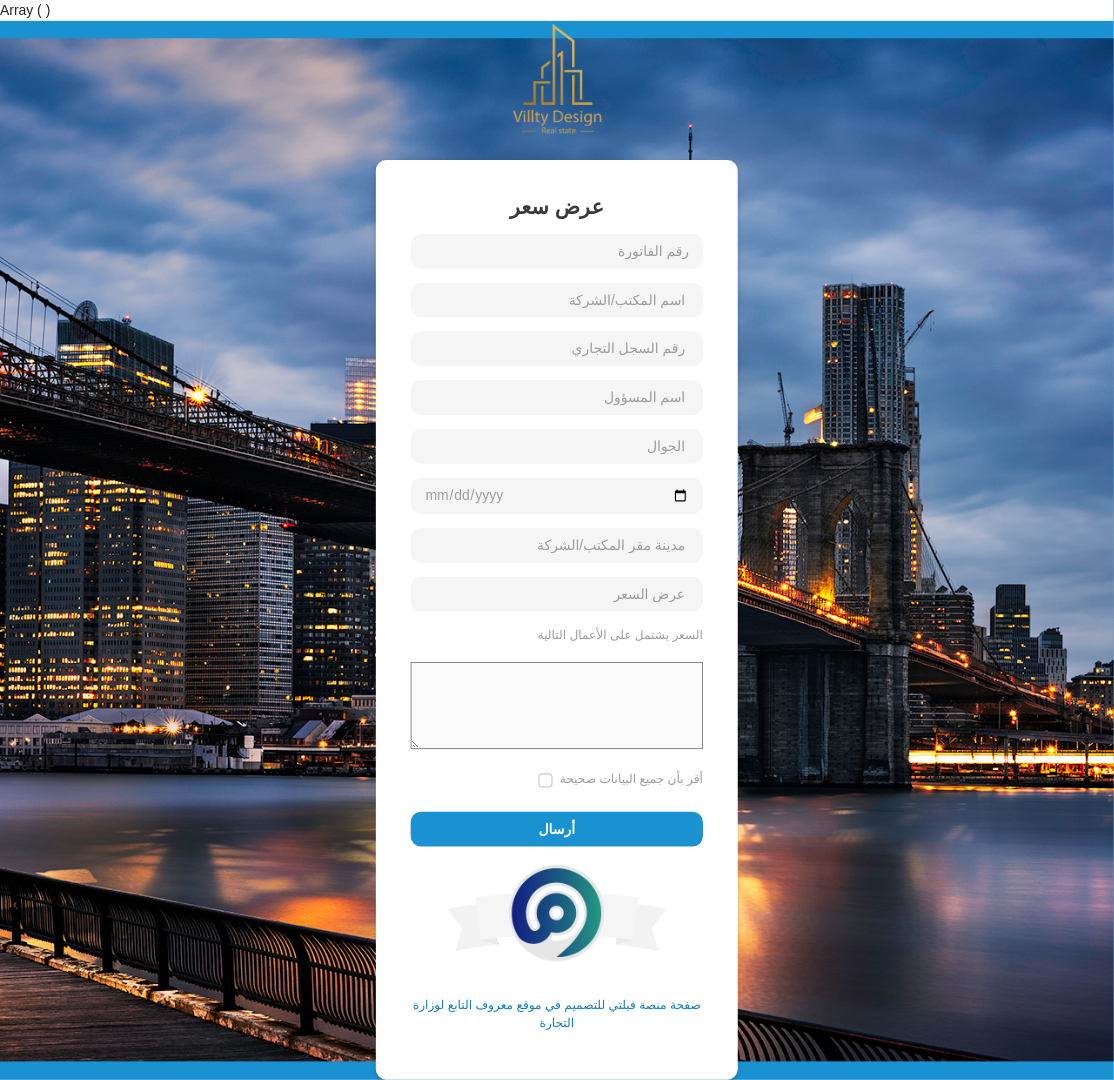
Repository: freejob985/shohragroup_form
Page: http://localhost/
An editor plug-in stored every save of this project. The page is shown before and after a run of saves, followed by the edit.
The browser window is 1280 px wide. The pictures show the whole page, at 87% of full size.
Some web fonts or font styles are not loaded; a fallback is used. The page is run by PHP 8.4 with error messages shown; the project is at /var/www/html/.

Above is the page before, as saved 2020-11-21 13:47:59.

### index.php

<?php
//echo"<pre>";
print_r($_POST);
if (isset($_POST['sub'])):
    if ($_POST['sub']):
        $Bill = filter_var($_POST['Bill'], FILTER_SANITIZE_STRING);
        $Office = filter_var($_POST['Office'], FILTER_SANITIZE_STRING);
        $Registry = filter_var($_POST['Registry'], FILTER_SANITIZE_STRING);
        $Administrator = filter_var($_POST['Administrator'], FILTER_SANITIZE_STRING);
        $mobile = filter_var($_POST['mobile'], FILTER_SANITIZE_STRING);
        $Date = filter_var($_POST['Date'], FILTER_SANITIZE_STRING);
        $Company = filter_var($_POST['Company'], FILTER_SANITIZE_STRING);
        $price = filter_var($_POST['price'], FILTER_SANITIZE_STRING);
        $Includes = filter_var($_POST['Includes'], FILTER_SANITIZE_STRING);
        $checkbox = $_POST['Includes'];
        if (empty($Bill) || empty($Office) || empty($Registry) || empty($Administrator) || empty($mobile) || empty($Company) || empty($price) || empty($checkbox)) {
            $msg_suc = "  <div class='alert alert-success alert-dismissible'><strong>!</strong> من فضلك راجع بيانات النموذج.</div>";
        } else {

            $body = "
		<h1 style=' font-size: 50px; font-family: tahoma; color: #2cd9ee; text-align: left; text-transform: uppercase;  '>
		Contact Us
		</h1>
		<table style='background: #fafafa;font-family: tahoma;font-size: 12px;line-height: 51px;border: 1px ridge;padding: 0.5%;width: 100%;direction: rtl;text-align: center;/* box-shadow: -1px 4px #626262; */'>
		             <tr>
		<td style=' width: 100px; text-transform: uppercase; padding: 1%; border: 1px solid #ffffff; font-family: tahoma; '>الاسم</td>
		<td style=' border: 1px solid #ffffff;  font-family: tahoma;'>$Bill </td>
		    </tr>             <tr>
		<td style=' width: 100px; text-transform: uppercase; padding: 1%; border: 1px solid #ffffff; font-family: tahoma; '>الموبيل</td>
		<td style=' border: 1px solid #ffffff;  font-family: tahoma;'>$Office </td>
		    </tr>             <tr>
		<td style=' width: 100px; text-transform: uppercase; padding: 1%; border: 1px solid #ffffff; font-family: tahoma; '>البريد الالكتروني</td>
		<td style=' border: 1px solid #ffffff;  font-family: tahoma;'>$Registry </td>
		    </tr>             <tr>
		<td style=' width: 100px; text-transform: uppercase; padding: 1%; border: 1px solid #ffffff; font-family: tahoma; '>الخدمة</td>
		<td style=' border: 1px solid #ffffff;  font-family: tahoma;'>$Administrator</td>
		    </tr>
		    <tr>
		<td style=' width: 100px; text-transform: uppercase; padding: 1%; border: 1px solid #ffffff; font-family: tahoma; '>التاريخ</td>
		<td style=' border: 1px solid #ffffff;  font-family: tahoma;'>$mobile </td>
		    </tr>
		        <tr>
		<td style=' width: 100px; text-transform: uppercase; padding: 1%; border: 1px solid #ffffff; font-family: tahoma; '>الوقت</td>
		<td style=' border: 1px solid #ffffff;  font-family: tahoma;'>$Date </td>
		    </tr>
		        <tr>
		<td style=' width: 100px; text-transform: uppercase; padding: 1%; border: 1px solid #ffffff; font-family: tahoma; '>الرسالة</td>
		<td style=' border: 1px solid #ffffff;  font-family: tahoma;'>$Company </td>
		    </tr>

		    <tr>
		    <td style=' width: 100px; text-transform: uppercase; padding: 1%; border: 1px solid #ffffff; font-family: tahoma; '>الرسالة</td>
		    <td style=' border: 1px solid #ffffff;  font-family: tahoma;'>$price </td>
		        </tr>
		        <tr>
		        <td style=' width: 100px; text-transform: uppercase; padding: 1%; border: 1px solid #ffffff; font-family: tahoma; '>الرسالة</td>
		        <td style=' border: 1px solid #ffffff;  font-family: tahoma;'>$Includes </td>
		            </tr>



		    </table>";
            $to = "mr.bean.mg22@gmail.com";
            $from = $name;
            $headers .= "Content-type: text/html\r\n";
            $headers = "MIME-Version: 1.0" . "\r\n";
            $headers .= "Content-type: text/html; charset=UTF-8" . "\r\n";
            $headers .= "From: successive.testing@gmail.com" . "\r\n" .
            "Reply-To: successive.testing@gmail.com" . "\r\n" .
            "X-Mailer: PHP/" . phpversion();
            mail($to, "التواصل", $body, $headers);
            $msg_suc = "  <div class='alert alert-success alert-dismissible'><strong></strong>تم ارسال البريد الالتكروني</div>";
        }
    endif;
endif;
?>
<!doctype html>
<html lang="en">
<head>
    <meta charset="utf-8">
    <meta name="viewport" content="width=device-width, initial-scale=1, shrink-to-fit=no">
    <meta name="description" content="Authentication forms">
    <meta name="author" content="Arasari Studio">
    <title>villtydesign</title>
    <link href="css/bootstrap.min.css" rel="stylesheet">
    <link href="css/common.css" rel="stylesheet">
<link href="css/theme-02.css" rel="stylesheet">
 <link href="https://fonts.googleapis.com/css2?family=Tajawal:wght@300&display=swap" rel="stylesheet">
      <style>
@import    url('https://fonts.googleapis.com/css2?family=Tajawal:wght@300&display=swap');
@import    url('https://fonts.googleapis.com/css2?family=Tajawal:wght@300;500&display=swap');
body,h1,h2,h3,h4,h5,h6,p,a,input,span,label{   font-family: 'Tajawal', sans-serif !important;
}
</style>
</head>
<body>
    <div class="forny-container">
<div class="forny-inner">
    <div class="mb-6 text-center forny-logo">
        <img src="img/logo.png" style="width:120px;">
    </div>
    <div class="forny-form">
        <div class="text-center">
            <h4>عرض سعر</h4>
        </div>
        <form action="index.php" method="POST">
    <div class="form-group">
        <div class="input-group">
    <input required  class="form-control" name="Bill" type="text"
    placeholder="رقم الفاتورة">
        </div>
    </div>
    <div class="form-group password-field">
        <div class="input-group">
    <input required  class="form-control" name="Office" type="text"
    placeholder=" اسم المكتب/الشركة">
        </div>
    </div>
<div class="form-group password-field">
        <div class="input-group">
    <input required  class="form-control" name="Registry" type="text"
    placeholder=" رقم السجل التجاري">
        </div>
    </div>
<div class="form-group password-field">
        <div class="input-group">
    <input required  class="form-control" name="Administrator" type="text"
    placeholder=" اسم المسؤول">
        </div>
    </div>
<div class="form-group password-field">
        <div class="input-group">
    <input required  class="form-control" name="mobile" type="number"
    placeholder=" الجوال">
        </div>
    </div>
<div class="form-group password-field">
        <div class="input-group">
    <input required  class="form-control" name="Date" type="date"
    placeholder=" التاريخ">
        </div>
    </div>
	<div class="form-group password-field">
        <div class="input-group">
    <input required  class="form-control" name="Company" type="text"
    placeholder=" مدينة مقر المكتب/الشركة">
        </div>
    </div>
	<div class="form-group password-field">
        <div class="input-group">
    <input required  class="form-control" name="price" type="number"
    placeholder=" عرض السعر">
        </div>
    </div>
	         <label style="text-align:right;float:right;">السعر يشتمل على الأعمال التالية</label>
    </br>
    </br>
 <textarea style="width:100%;background:#fafafa;height:100px;" name="Includes"></textarea>
            <div class="row mt-6 mb-6">
                <div class="col-12 d-flex align-items-center">
    <div class="custom-control custom-checkbox">
        <input type="checkbox" name="checkbox" value="checkbox" class="custom-control-input" id="cb1">
        <label class="custom-control-label" for="cb1">أقر بأن جميع البيانات صحيحة
        </label>
    </div>
                </div>
            </div>
            <div>
                <button type="sub" class="btn btn-primary btn-block">أرسال</button>
            </div>
            <?php
             if(isset($msg_suc)){
                 echo $msg_suc;
             }
            ?>
            <div class="text-center">
			</br>
<img src="img/ImageNoCr.png" />
            </div>
            <div class="text-center mt-10">
                <a href="https://maroof.sa/165110">صفحة منصة فيلتي للتصميم في موقع معروف التابع لوزارة التجارة
</a>
            </div>
        </form>
    </div>
</div>
    </div>
    <script src="js/jquery.min.js"></script>
    <script src="js/bootstrap.min.js"></script>
    <script src="js/main.js"></script>
    <script src="js/demo.js"></script>
</body>
</html>

### css/theme-02.css
:root {
    --forny-form-paddings: 2.5rem;

    --forny-color-accent-500: hsla(201, 78%, 46%, 1);
    --forny-color-accent-700: hsla(202, 82%, 40%, 1);

    --forny-color-gray-100: hsla(0, 0%, 96%, 1);
    --forny-color-gray-300: hsla(0, 0%, 0%, 0.16);
    --forny-color-gray-700: hsla(0, 0%, 61%, 1);
    --forny-color-gray-500: hsla(0, 0%, 69%, 1);
    --forny-color-gray-700: hsla(0, 0%, 61%, 1);
    --forny-color-gray-900: hsla(0, 0%, 23%, 1);

    --forny-font-family: 'Open Sans', sans-serif;
    --forny-color-text: var(--forny-color-gray-700);
    --forny-color-header: var(--forny-color-gray-900);
    --forny-link-color: var(--forny-color-accent-700);

    --forny-form-control-border: none;
    --forny-form-control-padding: var(--forny-p2) var(--forny-p4);
    --forny-form-control-radius: 12px;
    --forny-form-control-background: var(--forny-color-gray-100);
    --forny-shadow-color: var(--forny-color-gray-300);
}

.forny-container {
    background-size: contain;
    font-size: 0.875rem;
    font-size: var(--forny-text-sm);
    display: flex;
    align-items: center;
}

.forny-inner {
    display: block;
    height: auto;
}

.forny-form {direction:rtl;
    padding: 2.5rem;
    padding: var(--forny-form-paddings);
    background: white;
    border-radius: 12px;
}

.forny-logo {
    color: hsla(0, 0%, 61%, 1);
    color: var(--forny-color-gray-700);
}

@media (min-width: 768px) {
    .forny-logo {
        color: white;
    }

    .forny-container {
        background: url('../img/bg.jpg') center center no-repeat
            hsla(201, 78%, 46%, 1);
        background: url('../img/bg.jpg') center center no-repeat
            var(--forny-color-accent-500);
    }
    .forny-form {
        box-shadow: 0 3px 6px hsla(0, 0%, 0%, 0.16);
        box-shadow: var(--forny-shadow);
    }
}

.forny-form a {
    font-size: 0.875rem;
    font-size: var(--forny-text-sm);
}

/* FORMS */

.forny-form .form-group {
    margin-bottom: 1rem;
    margin-bottom: var(--forny-p4);
    background: hsla(0, 0%, 96%, 1);
    background: var(--forny-form-control-background);
    border-radius: 12px;
    border-radius: var(--forny-form-control-radius);
    transition: box-shadow 0.3s;
}

.forny-form .form-group.focused:not(.has-error) {
    background: white;
    box-shadow: 0 1px 4px hsla(0, 0%, 0%, 0.16);
    box-shadow: 0 1px 4px var(--forny-color-gray-300);
}

.forny-form .form-control,
.forny-form .input-group-text {
    color: hsla(0, 0%, 61%, 1);
    color: var(--forny-color-gray-700);
    background: transparent;
}

.forny-form .form-control::-webkit-input-placeholder {
    color: hsla(0, 0%, 61%, 1);
    color: var(--forny-color-gray-700);
}

.forny-form .form-control::-moz-placeholder {
    color: hsla(0, 0%, 61%, 1);
    color: var(--forny-color-gray-700);
}

.forny-form .form-control:-ms-input-placeholder {
    color: hsla(0, 0%, 61%, 1);
    color: var(--forny-color-gray-700);
}

.forny-form .form-control::-ms-input-placeholder {
    color: hsla(0, 0%, 61%, 1);
    color: var(--forny-color-gray-700);
}

.forny-form .form-control::placeholder {
    color: hsla(0, 0%, 61%, 1);
    color: var(--forny-color-gray-700);
}

.forny-container
    .custom-control-input:checked
    ~ .custom-control-label::before {
    border-color: hsla(201, 78%, 46%, 1);
    border-color: var(--forny-color-accent-500);
    background-color: hsla(201, 78%, 46%, 1);
    background-color: var(--forny-color-accent-500);
}

/* BUTTONS */

.forny-form .btn {
    border-radius: 12px;
    border-radius: var(--forny-form-control-radius);
    font-weight: bold;
    padding: 0.5rem 1rem;
    padding: var(--forny-p2) var(--forny-p4);
}

.forny-container .line {
    background: hsla(0, 0%, 69%, 1);
    background: var(--forny-color-gray-500);
    height: 1px;
    margin-top: 12px;
    text-align: center;
}
.forny-container .line span {
    background: #fff;
    padding: 8px;
    position: relative;
    top: -12px;
}

.forny-container .btn-icon.btn-flat {
    width: 32px;
    height: 32px;
}

Loaded but not shown: css/bootstrap.min.css (library); js/jquery.min.js (library); js/bootstrap.min.js (library); js/main.js (75 lines, source omitted); js/demo.js (18 lines, source omitted); css/common.css (483 lines, source omitted)

After the next 2 saves:
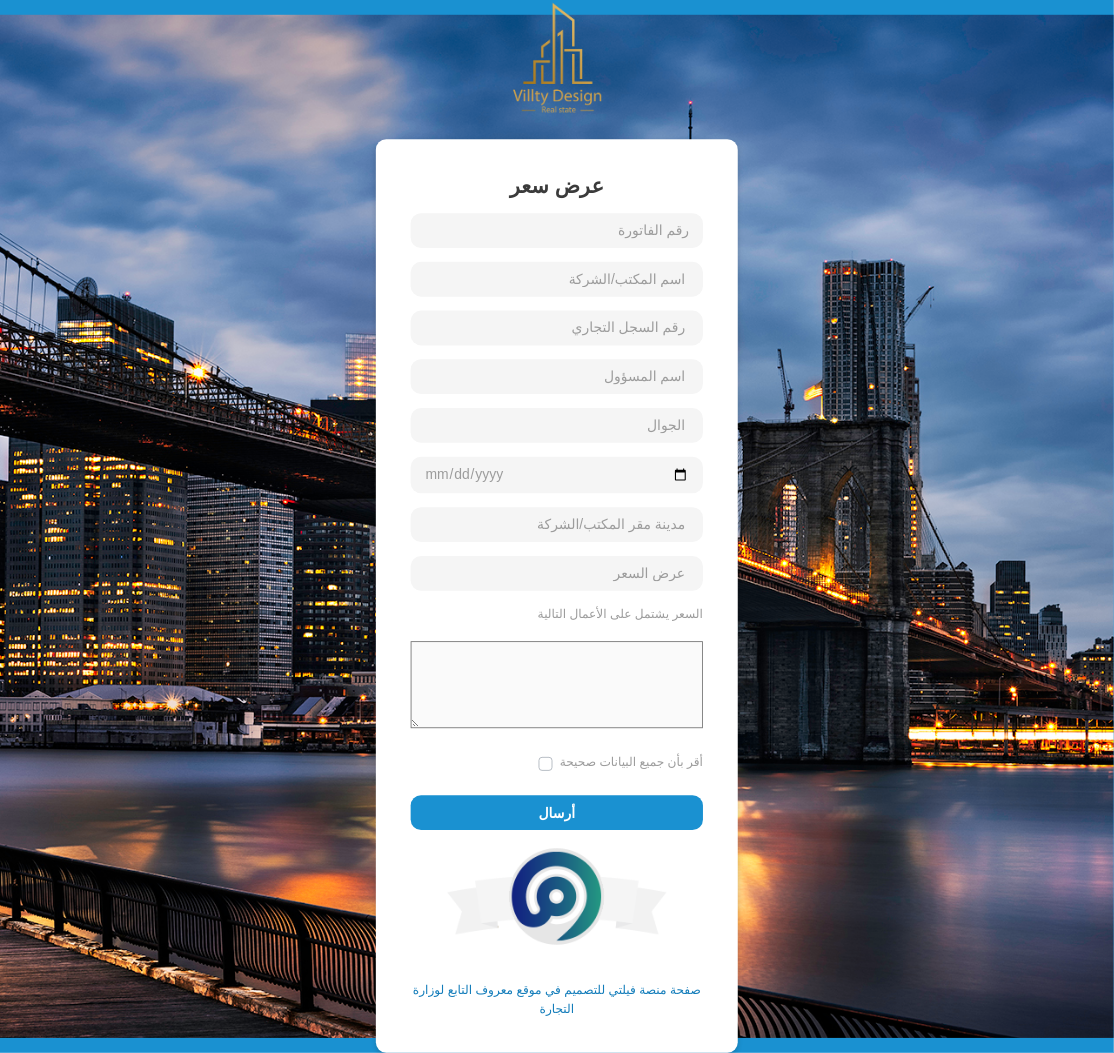
The 2 saves are shown as one change because they came seconds apart.
The last was saved 113 s later.
--- a/index.php
+++ b/index.php
@@ -1,7 +1,5 @@
 
 <?php
-//echo"<pre>";
-print_r($_POST);
 if (isset($_POST['sub'])):
     if ($_POST['sub']):
         $Bill = filter_var($_POST['Bill'], FILTER_SANITIZE_STRING);
